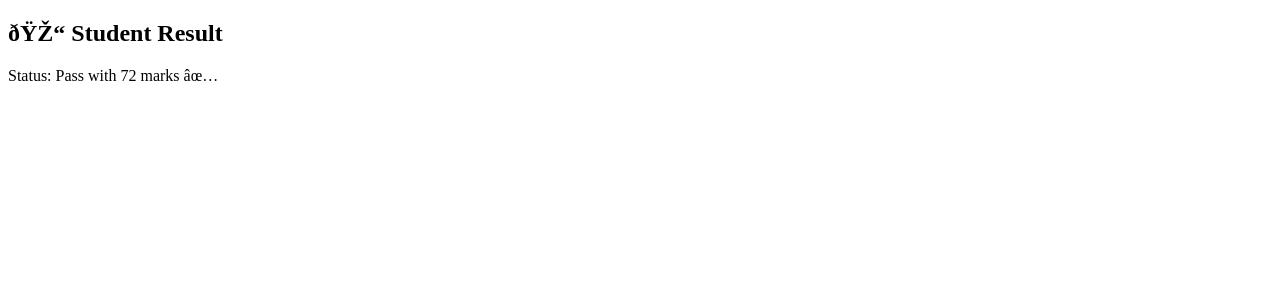
Repository: ashwinii19/Core-Java-Learning
Page: http://localhost/25-JSTL/Student Portal.jsp
These files come from the project's save history. The page is drawn as it stood at one moment and after the next save; the edit follows.
The browser window is 1280 px wide. The pictures show the whole page.
The page is served by Tomcat 9.

Above is the page before, as saved 2025-08-20 11:11:04.

After the next save:
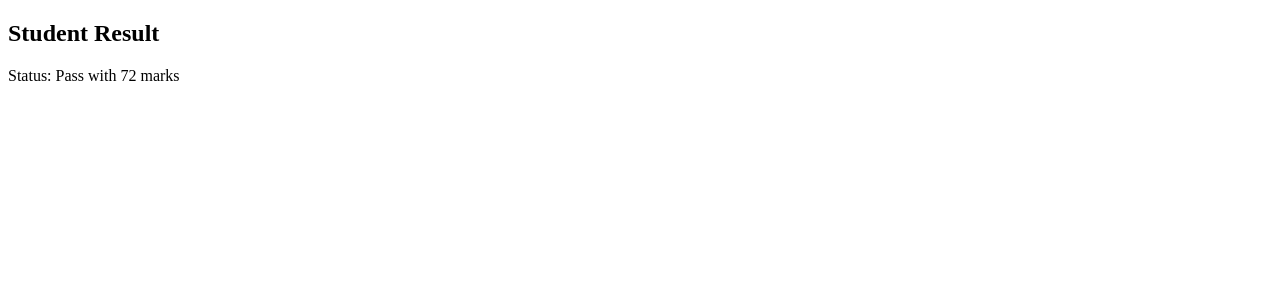
Saved 18 s later.
--- a/25-JSTL/src/main/webapp/Student Portal.jsp
+++ b/25-JSTL/src/main/webapp/Student Portal.jsp
@@ -9,13 +9,13 @@
 <title>Student Result</</title>
 </head>
 <body>
-	<h2>🎓 Student Result</h2>
+	<h2>Student Result</h2>
 	<c:set var="marks" value="72" />
 	<c:if test="${marks >= 40}">
-Status: Pass with ${marks} marks ✅
+Status: Pass with ${marks} marks
 </c:if>
 	<c:if test="${marks < 40}">
-Status: Fail ❌
+Status: Fail
 </c:if>
 </body>
 </html>
